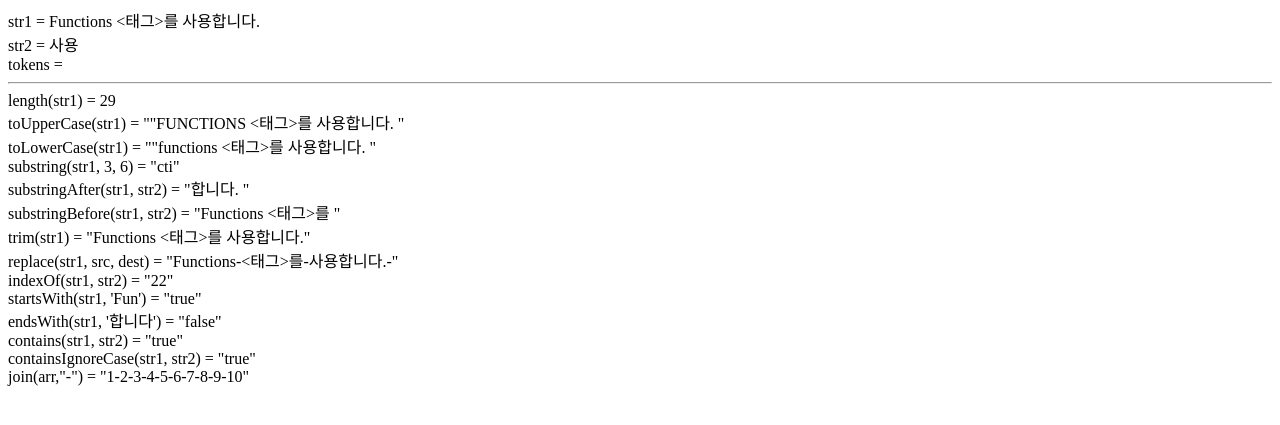
Repository: zhyuk/FullStackStudy
Page: http://localhost/jsptwo/13_04_jstl_function.jsp
An editor plug-in stored every save of this project. The page is shown before and after the next save, followed by the edit.
The browser window is 1280 px wide. The pictures show the whole page.
The page is served by Tomcat 9.

Above is the page before, as saved 2024-08-30 08:51:17.

After the next save:
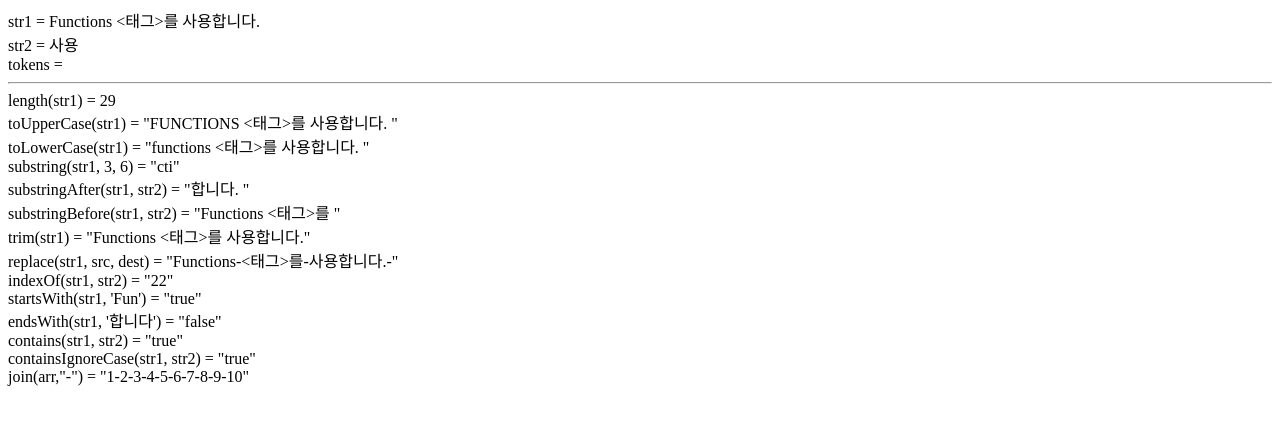
Saved 2 min 8 s later.
--- a/jsp/jspwork/jsptwo/src/main/webapp/13_04_jstl_function.jsp
+++ b/jsp/jspwork/jsptwo/src/main/webapp/13_04_jstl_function.jsp
@@ -19,8 +19,8 @@
 	tokens = ${tokens} <br><hr>
 
 	length(str1) = ${fn:length(str1)}<br>
-	toUpperCase(str1) = ""${fn:toUpperCase(str1)}" <br>
-	toLowerCase(str1) = ""${fn:toLowerCase(str1)}" <br>
+	toUpperCase(str1) = "${fn:toUpperCase(str1)}" <br>
+	toLowerCase(str1) = "${fn:toLowerCase(str1)}" <br>
 
 	substring(str1, 3, 6) = "${fn:substring(str1, 3, 6)}" <br>
 	substringAfter(str1, str2) = "${fn:substringAfter(str1, str2)}" <br>
